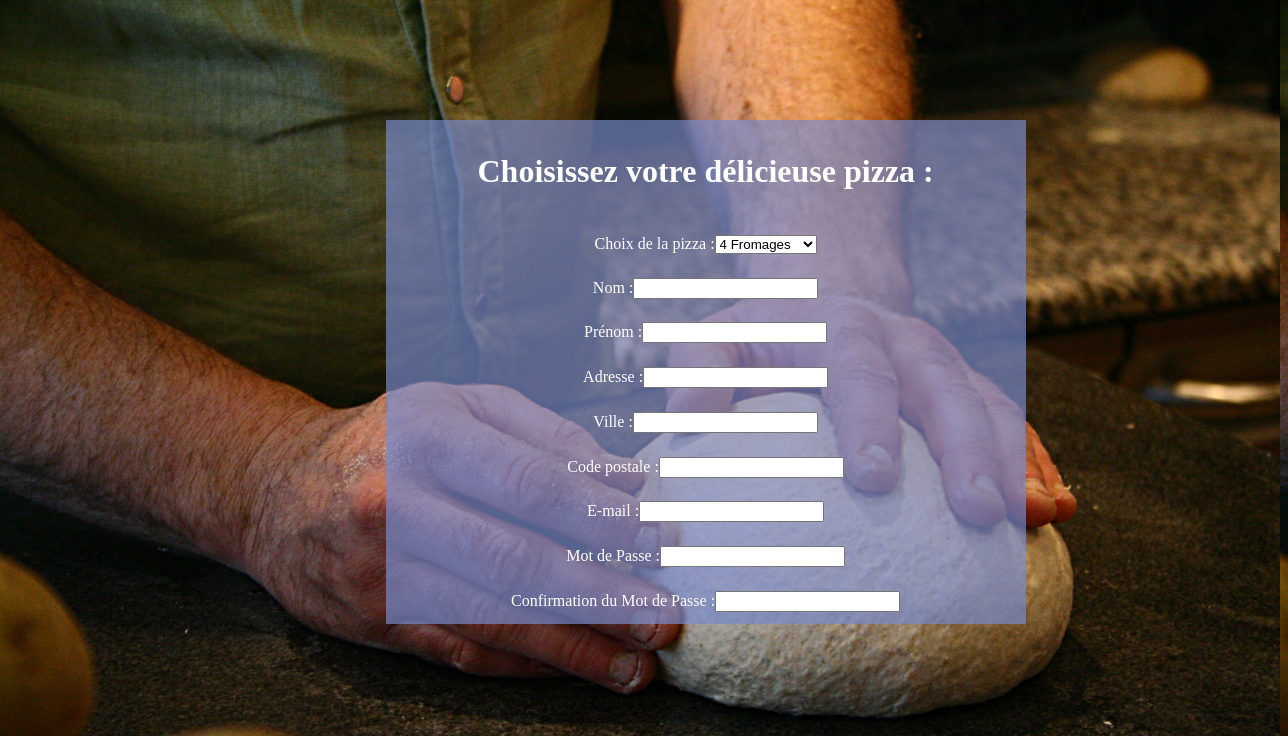
Repository: dev84-unalien/pippo_pizza
Page: commande.html
These files come from the project's save history. The page is drawn as it stood at one moment and after the next save; the edit follows.
The browser window is 1280 px wide. The page is 1288 px wide, so the pictures cover 1288 px, including what lies to the right of the window. The pictures show the whole page.

Above is the page before, as saved 2019-09-11 15:45:09.

After the next save:
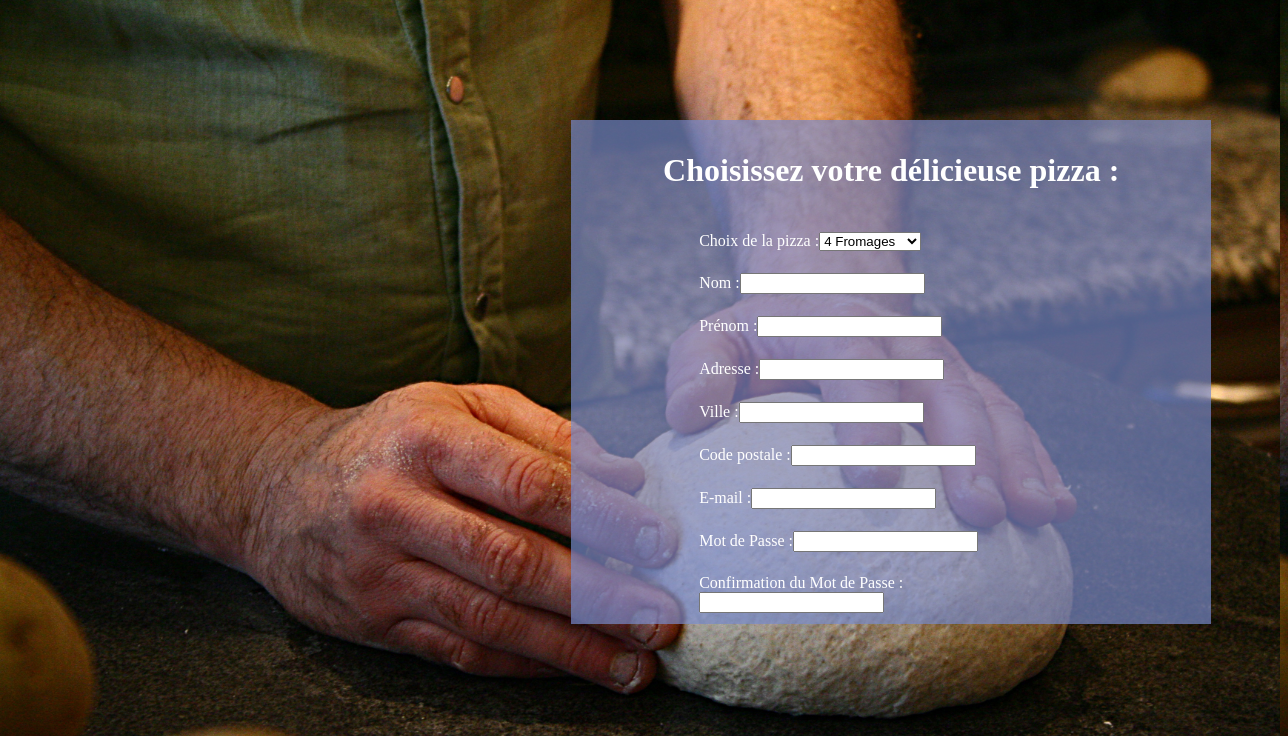
Saved 15 s later.
--- a/commande.css
+++ b/commande.css
@@ -8,7 +8,7 @@
     background-size: 100vw;
   }
   div{
-
+      width: 30vw;
   }
   #cadrecommande {
     display: flex;

After the save that followed:
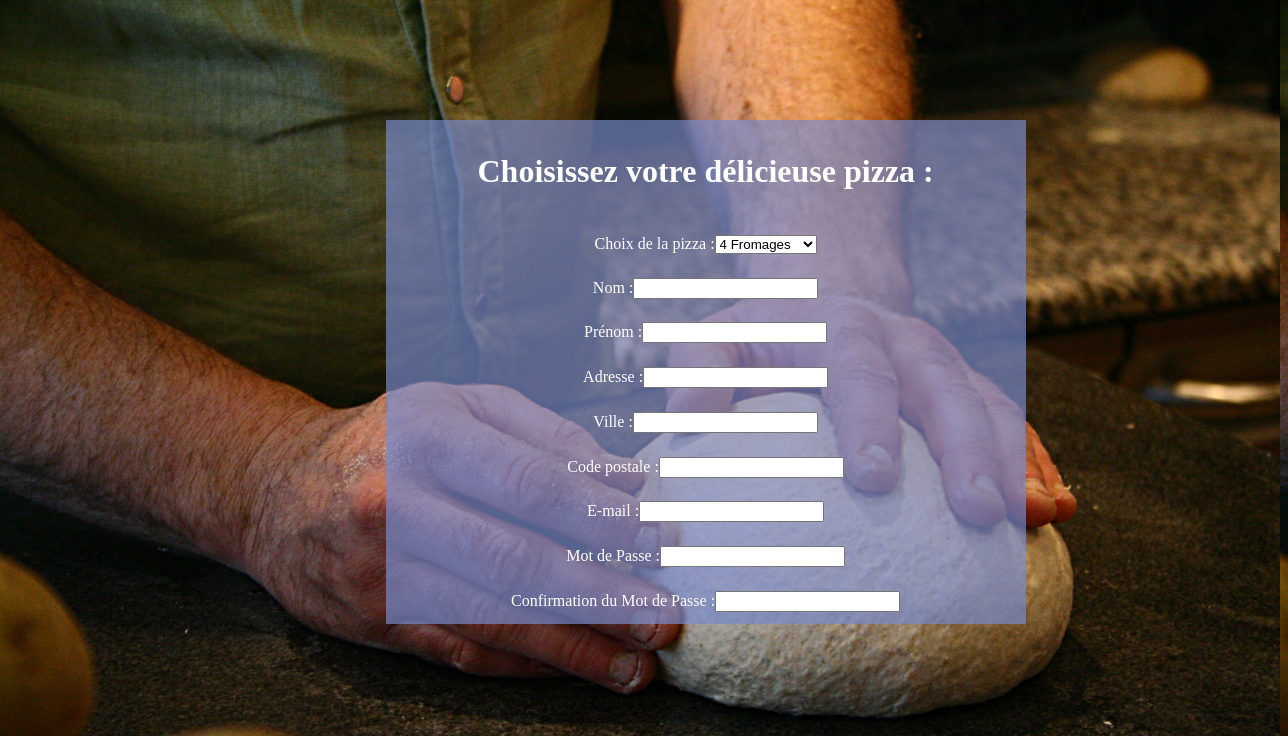
Saved 10 s later.
--- a/commande.css
+++ b/commande.css
@@ -6,9 +6,6 @@
     justify-content: center;
     align-items: center;
     background-size: 100vw;
-  }
-  div{
-      width: 30vw;
   }
   #cadrecommande {
     display: flex;
